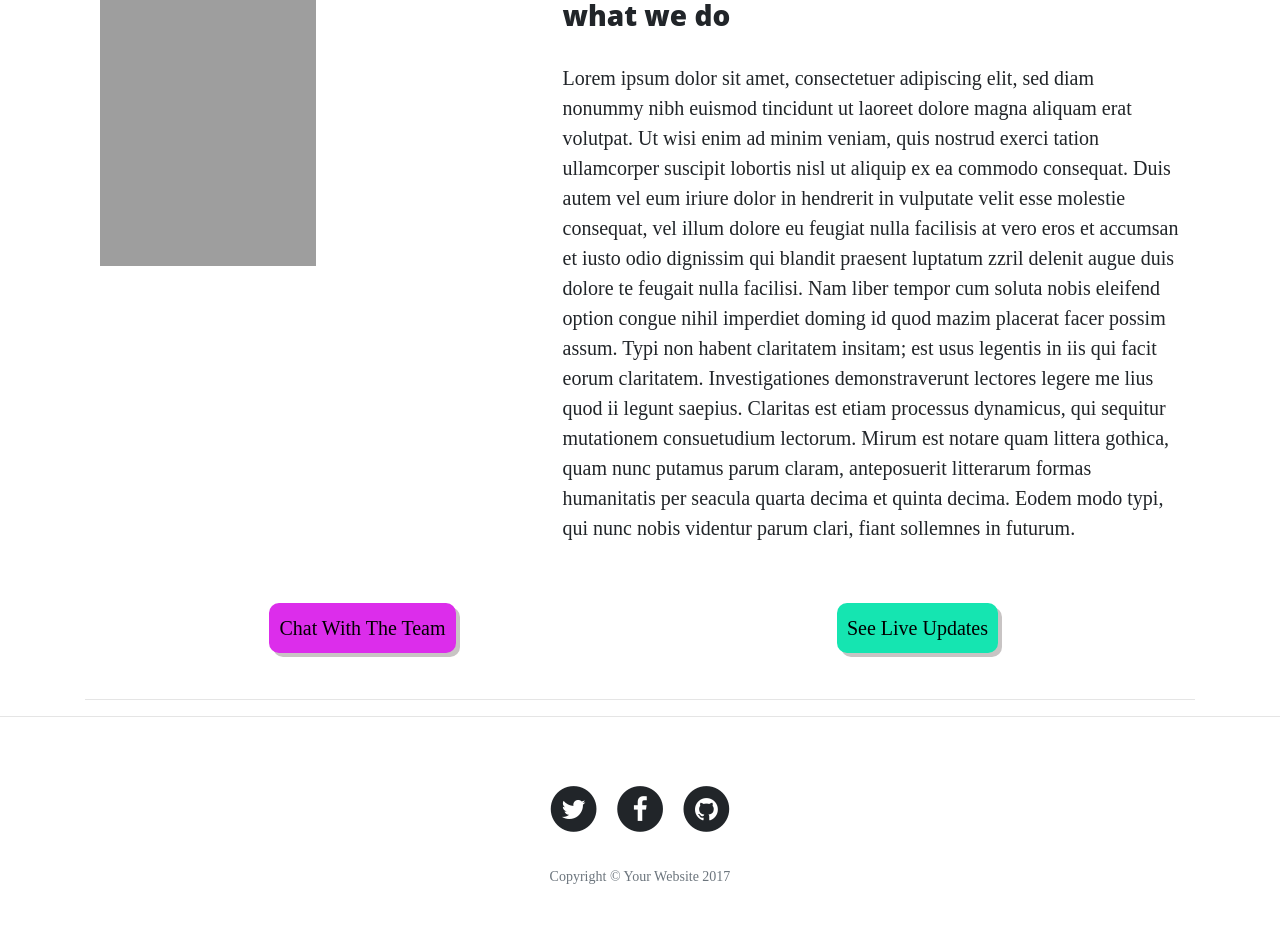
Repository: cachimiro/los-pochoclos
Page: http://localhost/charity
The author's editor kept a record of every edit. The page is drawn from the files as they stood at one moment, then again after the next edit.
The browser window is 1280 px wide. The pictures show the part of the page from y = 1902 to 2854 px (the page is 2854 px tall).
Pictures or frames that could not be fetched are drawn as grey boxes. The page is served by the project's application, run on Flask 3 (run.py).

Above is the page before.

After the next edit:
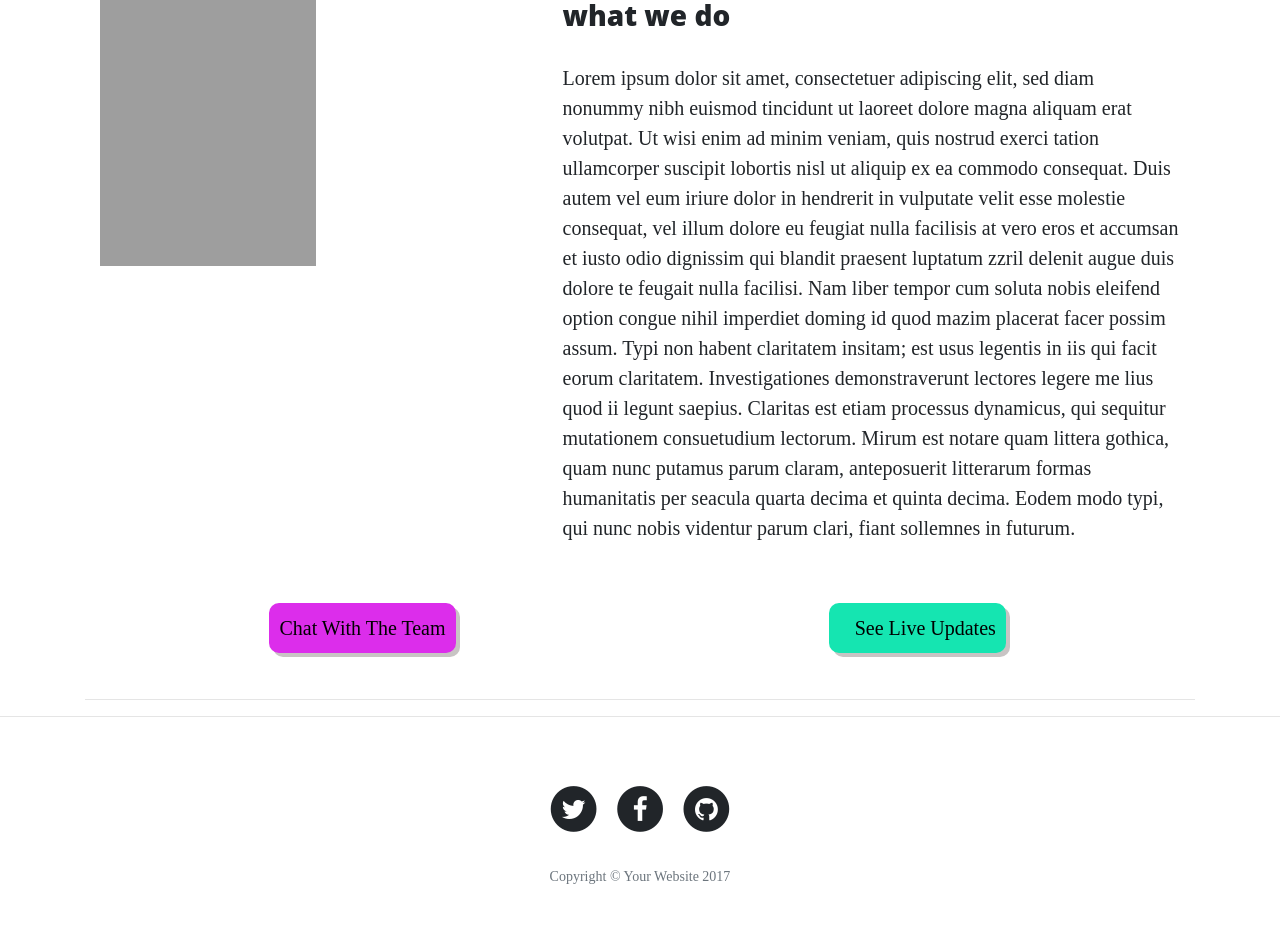
The edit:
--- a/templates/charity.html
+++ b/templates/charity.html
@@ -165,7 +165,7 @@
       <button>Chat With The Team</button>
     </div>
     <div class="col-lg-6 col-md-6 col-sm-6">
-      <button class="colour-change">See Live Updates</button>
+      <button class="colour-change"><i class="fas fa-users"></i>See Live Updates</button>
     </div>
   </div>
 </div>
